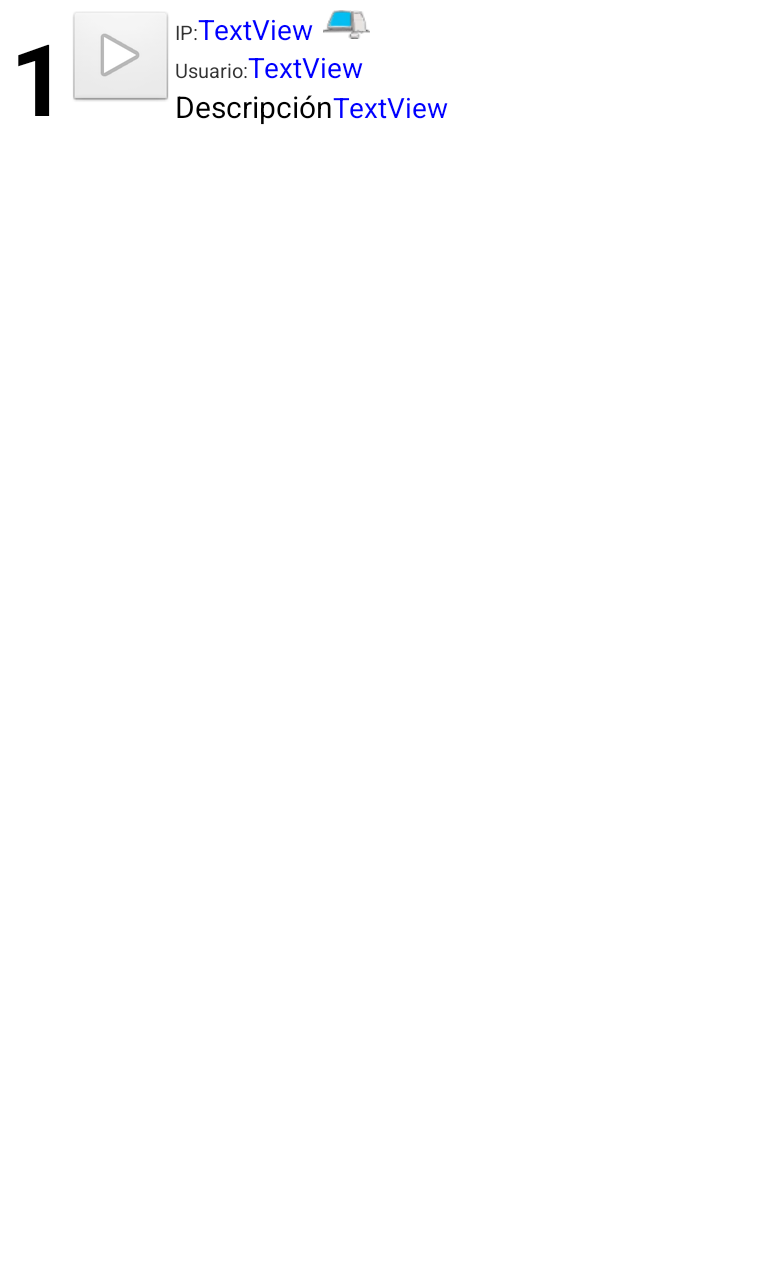
Repository: jonatansantos/Android-Server-Status
Layout: desarrollo/ModuloSSH/res/layout/list_servers.xml
The author's editor kept a copy of each file at every save. The layout is drawn from the files as they stood at one save, then again after the next save.
It is drawn on a 768 x 1280 px phone screen (xhdpi) without system bars, with theme android:Theme.Light; the app's code is not run.

Above is the layout before, as saved 2012-03-23 15:42:43.

After the next save:
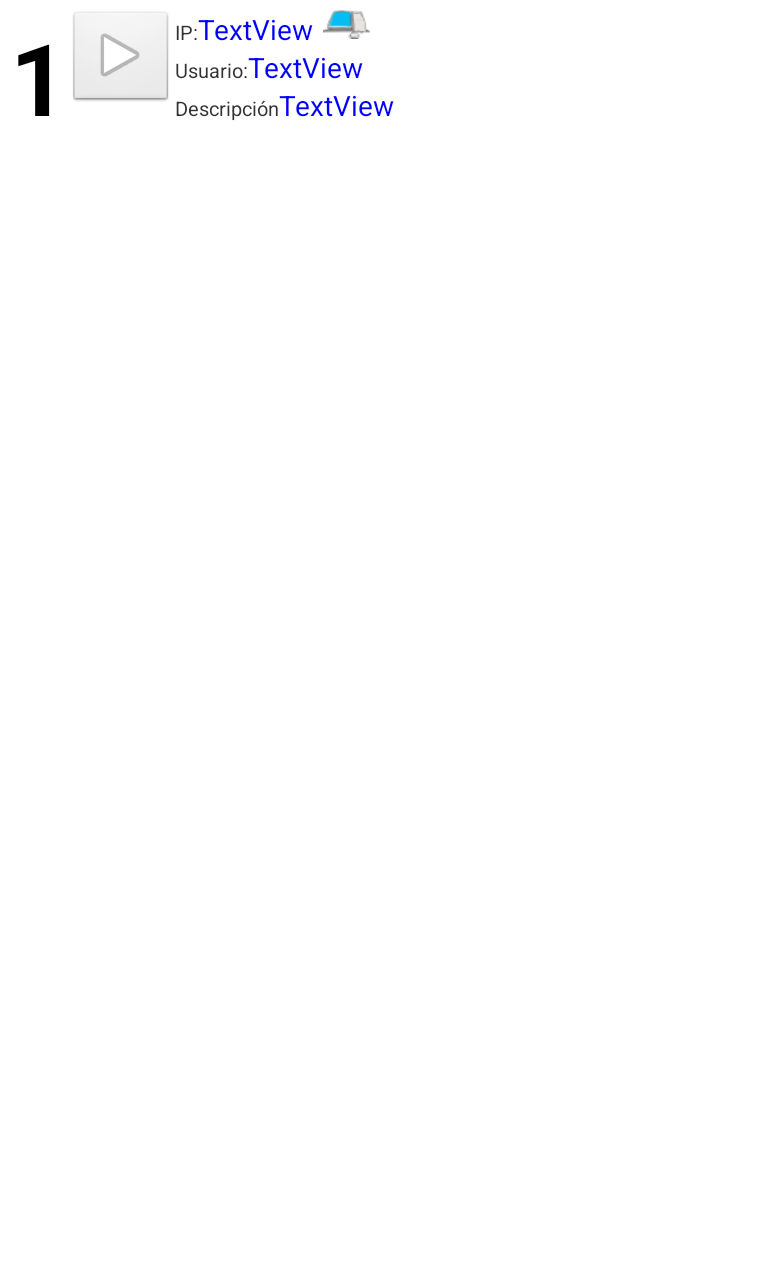
Saved 61 s later.
--- a/desarrollo/ModuloSSH/res/layout/list_servers.xml
+++ b/desarrollo/ModuloSSH/res/layout/list_servers.xml
@@ -95,8 +95,7 @@
                 android:layout_width="wrap_content"
                 android:layout_height="wrap_content"
                 android:text="@string/descripcion"
-                android:textAppearance="?android:attr/textAppearanceLarge"
-                android:textSize="15dp" />
+                android:textSize="10dp" />
 
             <TextView
                 android:id="@+id/tv_descripcion2"
